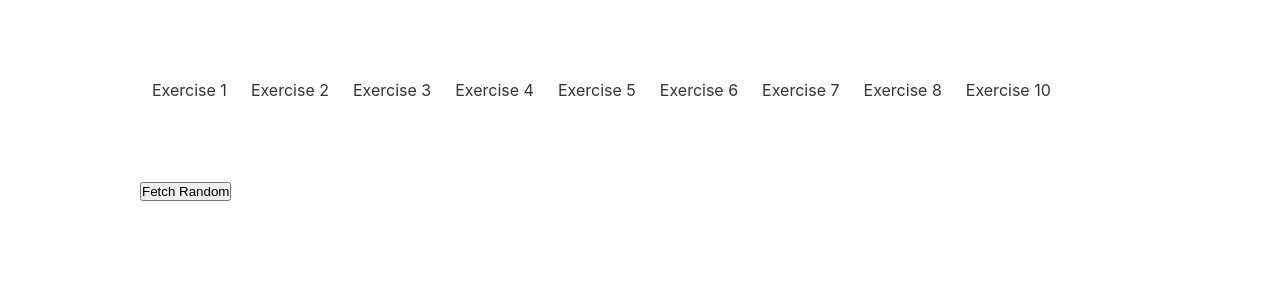
Repository: LukeBinh/reactjsexercises
Page: /ex10
The author's editor kept a copy of each file at every save. The page is drawn from the files as they stood at one save, then again after the next save.
The browser window is 1280 px wide. The pictures show the whole page.
The page's requests for data from a server got no answer. The project was rebuilt for these pictures with package versions that can differ from the ones it lists, and the page was loaded fresh each time. No one was signed in, and anything a server would have sent is missing. Also part of the build but not shown: src/components/Ex1/Ex1.tsx, src/components/Ex2/Ex2.tsx, src/components/Ex3/ex3.css, src/components/Ex3/Ex3.tsx, src/components/Ex4/ex4.css, src/components/Ex4/Ex4.jsx, src/components/Ex5/Ex5.tsx, src/components/Ex6/ex6.css and 6 more.

Above is the page before, as saved 2022-04-27 15:41:05.

After the next save:
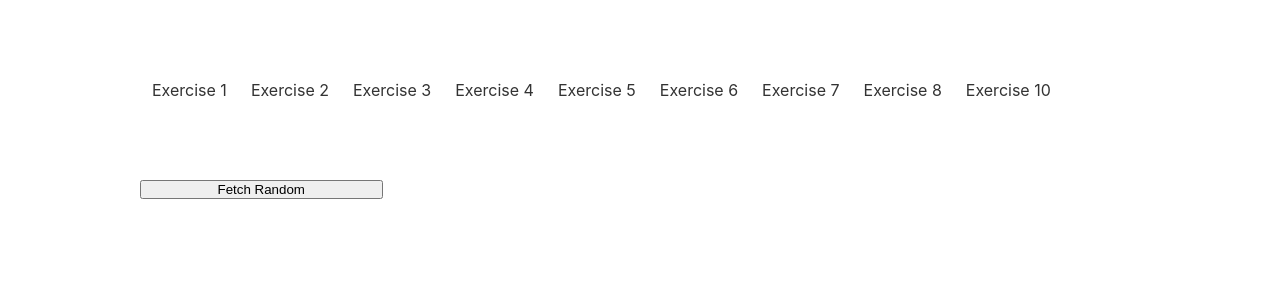
Saved 4 s later.
--- a/src/components/Ex10/Ex10.tsx
+++ b/src/components/Ex10/Ex10.tsx
@@ -27,7 +27,7 @@
 
   return (
     <div className="container grid">
-      <div className="|">
+      <div className="grid">
           <button>Fetch Random</button>
           {listUser.map((user) => (
             <div key={user.id} className="flexcol">

After the 4 saves that followed:
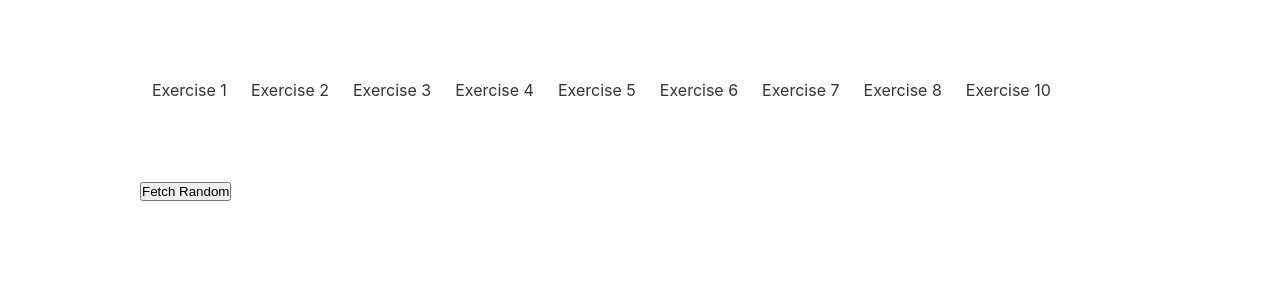
The 4 saves are shown as one change because they came seconds apart.
The last was saved 9 s later.
--- a/src/components/Ex10/Ex10.tsx
+++ b/src/components/Ex10/Ex10.tsx
@@ -26,23 +26,23 @@
   }, []);
 
   return (
-    <div className="container grid">
+    <div className="container">
+      <button>Fetch Random</button>
       <div className="grid">
-          <button>Fetch Random</button>
-          {listUser.map((user) => (
-            <div key={user.id} className="flexcol">
-              <img src={user.avatar} alt={user.avatar} />
-              <div>
-                <a href="./" className="name">
-                  {user.first_name}
-                  {user.last_name}
-                </a>
-              </div>
-              <div>
-                <a href="./">{user.employment.title}</a>
-              </div>
+        {listUser.map((user) => (
+          <div key={user.id} className="flexcol">
+            <img src={user.avatar} alt={user.avatar} />
+            <div>
+              <a href="./" className="name">
+                {user.first_name}
+                {user.last_name}
+              </a>
             </div>
-          ))}
+            <div>
+              <a href="./">{user.employment.title}</a>
+            </div>
+          </div>
+        ))}
       </div>
     </div>
   );
